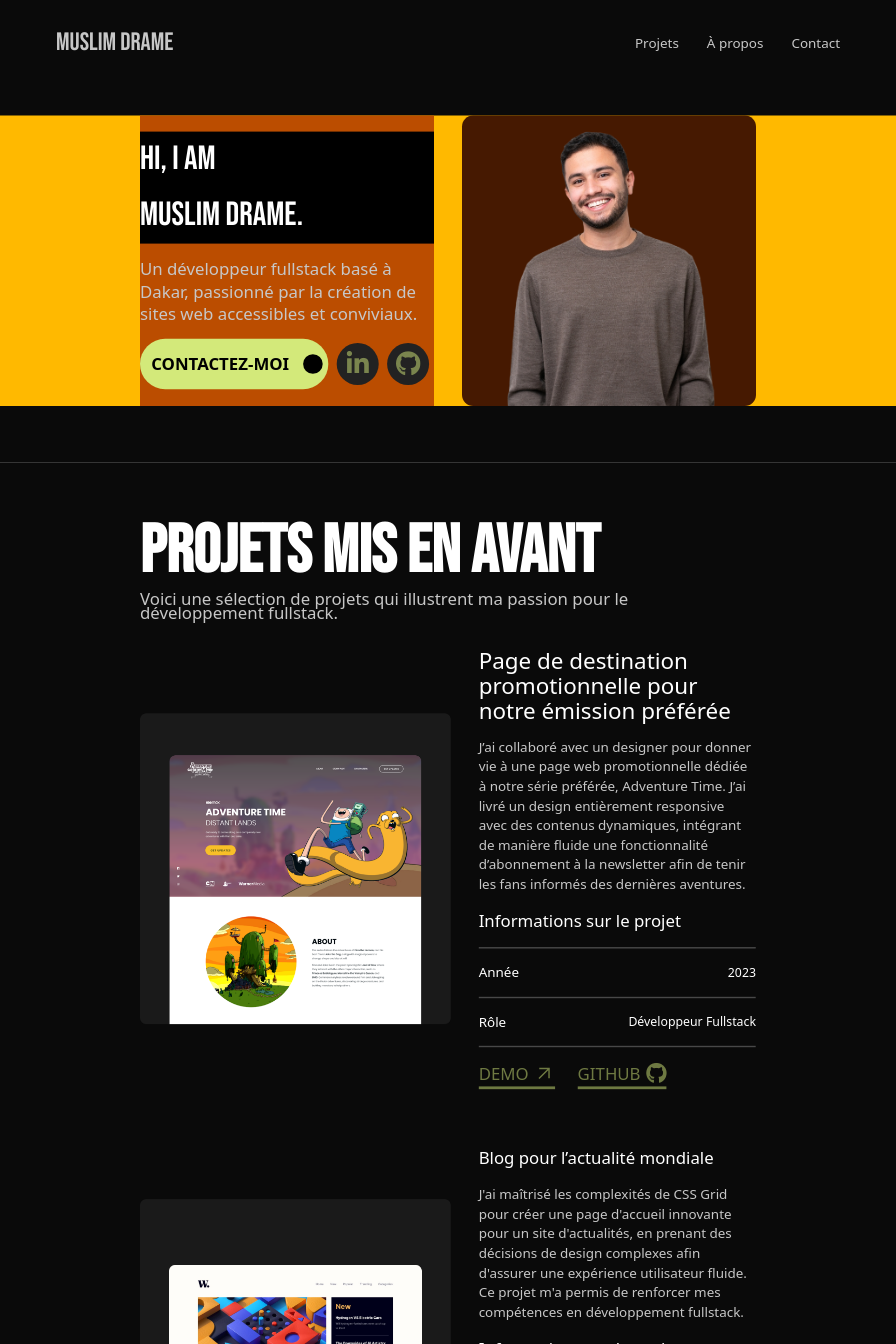
Repository: muslimdrame37-oss/Portfolio1
Page: src/index.html
An editor plug-in stored every save of this project. The page is shown before and after the next save, followed by the edit.
The browser window is 1280 px wide. The pictures show the part of the page from y = 0 to 1920 px (the page is 4468 px tall), at 70% of full size.
Some web fonts or font styles are not loaded; a fallback is used. Some web libraries are served in a nearby version.

Above is the page before, as saved 2026-02-11 20:45:10.

### src/index.html
<!doctype html>
<html lang="fr">
<head>
    <meta charset="UTF-8">
    <meta name="viewport" content="width=device-width, initial-scale=1.0">
    <meta name="description" content="Portfolio de Muslim Drame - Développeur Fullstack basé à Dakar">
    <title>Muslim Drame - Développeur Fullstack</title>

    <!-- Fonts -->
    <link rel="stylesheet" href="https://fonts.googleapis.com/css2?family=Bebas+Neue&display=swap">
    <link rel="stylesheet" href="https://fonts.googleapis.com/css2?family=Material+Symbols+Outlined:opsz,wght,FILL,GRAD@20..48,100..700,0..1,-50..200&icon_names=arrow_outward">

    <!-- Styles -->
    <link href="./output.css" rel="stylesheet">

    <!-- Icons -->
    <script src="https://kit.fontawesome.com/31ee52f68e.js" crossorigin="anonymous"></script>
</head>

<body class="bg-[#0A0A0A]">
    <!-- ========== HEADER ========== -->
    <header class="flex items-center justify-between py-4 px-5 lg:px-20">
        <h1 class="text-[#C7C7C7] text-[2rem] lg:text-4xl font-bebas">MUSLIM DRAME</h1>

        <!-- Navigation Desktop -->
        <nav class="hidden lg:flex justify-between py-8 text-[#C7C7C7] text-[1.2rem]" aria-label="Navigation principale">
            <ul class="flex gap-10">
                <li><a href="index.html" class="hover:text-[#D3E97A] transition-colors">Projets</a></li>
                <li><a href="a_propos.html" class="hover:text-[#D3E97A] transition-colors">À propos</a></li>
                <li><a href="#contact" class="hover:text-[#D3E97A] transition-colors">Contact</a></li>
            </ul>
        </nav>

        <!-- Menu Mobile -->
        <button class="lg:hidden" aria-label="Menu mobile">
            <svg xmlns="http://www.w3.org/2000/svg" height="40px" viewBox="0 -960 960 960" width="40px" fill="#484848">
                <path d="M120-680v-80h720v80H120Zm0 480v-80h720v80H120Zm0-240v-80h720v80H120Z"/>
            </svg>
        </button>
    </header>

    <!-- ========== MAIN CONTENT ========== -->
    <main>

        <!-- ========== SECTION HERO ========== -->
        <section class="px-5 mt-10 flex flex-col justify-between gap-10 lg:flex-row lg:px-50 bg-amber-400" aria-label="Section d'accueil">
            <!-- Contenu texte -->
            <div class="flex flex-col gap-5 justify-center lg:w-1/2 bg-amber-700">
                <h2 class="text-white text-[3rem] font-bebas lg:text-[5rem] lg:leading-20 leading-15 bg-black">HI, I AM <br> MUSLIM DRAME.</h2>
                <p class="text-1xl text-[#C7C7C7] lg:text-2xl">
                    Un développeur fullstack basé à Dakar, passionné par la création de sites web accessibles et conviviaux.
                </p>

                <!-- Boutons d'action -->
                <div class="flex gap-3 items-center">
                    <!-- Bouton Contact -->
                    <a href="#contact" class="bg-[#D3E97A] flex justify-between items-center pl-2 text-black font-bold text-[1rem] rounded-[100px] gap-1 lg:gap-3 py-2 lg:py-4 lg:text-[1.5rem] lg:pl-4 hover:bg-[#c5db6f] transition-colors">
                        CONTACTEZ-MOI
                        <span class="w-11 h-10 flex items-center justify-center">
                            <span class="bg-black w-4 h-4 rounded-full lg:w-7 lg:h-7"></span>
                        </span>
                    </a>

                    <!-- Réseaux sociaux -->
                    <a href="#" class="w-10 h-10 rounded-full bg-[#222222] flex justify-center items-center lg:w-15 lg:h-15 hover:bg-[#333333] transition-colors" aria-label="LinkedIn">
                        <i class="fa-brands fa-linkedin-in text-[#D3E97A] text-2xl lg:text-4xl animate-pulse"></i>
                    </a>
                    <a href="#" class="w-10 h-10 rounded-full bg-[#222222] flex justify-center items-center lg:w-15 lg:h-15 hover:bg-[#333333] transition-colors" aria-label="GitHub">
                        <i class="fa-brands fa-github text-2xl lg:text-4xl text-[#D3E97A] animate-pulse"></i>
                    </a>
                </div>
            </div>

            <!-- Image hero -->
            <div class="bg-[#C7C7C7] rounded-2xl  bg-amber-950 lg:w-1/2">
                <img src="image/image1.png" alt="Portrait de Muslim Drame" width="880" class="w-full h-auto">
            </div>
        </section>

        <!-- Séparateur -->
        <hr class="border-[#484848] border-t mt-20">

        <!-- ========== SECTION PROJETS ========== -->

        <section class="flex flex-col px-8 mt-20 lg:px-50">
            <div class="flex flex-col gap-2">
                <h2 class="text-4xl text-white font-extrabold font-bebas lg:text-8xl">PROJETS MIS EN AVANT</h2>
                <p class="text-2xl text-[#C7C7C7] leading-5">Voici une sélection de projets qui illustrent ma passion pour le développement fullstack.</p>
            </div>
            <div class="flex flex-col lg:flex-row gap-10 mt-10 lg:w-[1,224px] justify-center items-center">
                <div>
                    <img src="image/image2.png" alt="" class="w-4xl">
                </div>
                <!-- INFORMATION -->
                <!-- TITRE ET DESCCRIPTION -->
                <div class=" lg:w-200 flex flex-col gap-5 ">
                    <div class="flex flex-col gap-5">
                        <h2 class="text-white text-[2rem] leading-9">Page de destination promotionnelle pour notre émission préférée</h2>
                        <p class="text-[#C7C7C7] leading-7 text-[1.2rem]">J’ai collaboré avec un designer pour donner vie à une page web promotionnelle dédiée à notre série préférée, Adventure Time. J’ai livré un design entièrement responsive avec des contenus dynamiques, intégrant de manière fluide une fonctionnalité d’abonnement à la newsletter afin de tenir les fans informés des dernières aventures.</p>
                    </div>
                    <!-- INFORMATION SUR LE PROJET -->
                    <div class=" flex flex-col gap-5">
                        <h3 class="text-white text-[1.5rem]">Informations sur le projet</h3>
                        <div class="flex flex-col gap-5">
                            <div class="w-full border-[#484848] border"></div>

                            <div class="flex justify-between">
                                <p class="text-white text-[1.2rem]">Année</p>
                                <p class="text-white text-[1.1rem]">2023</p>
                            </div>

                            <div class="w-full border-[#484848] border"></div>

                            <div class="flex justify-between">
                                <p class="text-white text-[1.2rem]">Rôle</p>
                                <p class="text-white text-[1.1rem]">Développeur Fullstack</p>
                            </div>

                            <div class="w-full border-[#484848] border"></div>

                        </div>
                    </div>

                    <!-- LIEN DEMO & GITHUB -->

                    <div class="flex gap-8">
                        <a href="#">
                            <div class="animate-pulse">
                            <div class="flex items-center gap-2 ">
                                <p class="text-[#D3E97A] text-[1.5rem]">DEMO</p>
                                <svg xmlns="http://www.w3.org/2000/svg" height="30px" viewBox="0 -960 960 960" width="30px" fill="#D3E97A"><path d="M246.67-244 200-290.67l402.67-402.66H236V-760h480v480h-66.67v-366.67L246.67-244Z"/></svg>
                            </div>
                            <div class="w-full border-[#D3E97A] border-2"></div>
                        </div>
                        </a>
                        <a href="#">
                            <div class="animate-pulse">
                            <div class="flex items-center gap-2">
                                <p class="text-[#D3E97A] text-[1.5rem]">GITHUB</p>
                                <i class="fa-brands fa-github text-3xl text-[#D3E97A]"></i>
                            </div>
                            <div class="w-full border-[#D3E97A] border-2"></div>
                        </div>
                        </a>

                    </div>
                </div>
            </div>
        </section>

        <!-- PROJET 2 -->

        <section class="flex flex-col px-8 mt-20 gap-8 lg:gap-10 lg:flex-row lg:px-50 items-center">
            <div>
                <img src="image/image3.png" alt="" class="w-4xl">
            </div>
            <div class="lg:w-200 flex flex-col gap-5">
                <div class="flex flex-col gap-5">
                    <h2 class="text-white text-[1.5rem]">Blog pour l’actualité mondiale</h2>
                    <p class="text-[#C7C7C7] text-[1.2rem] leading-7">J'ai maîtrisé les complexités de CSS Grid pour créer une page d'accueil innovante pour un site d'actualités, en prenant des décisions de design complexes afin d'assurer une expérience utilisateur fluide. Ce projet m'a permis de renforcer mes compétences en développement fullstack.</p>
                </div>
                <div class="flex flex-col gap-8">
                    <div class="text-[1.5rem] text-white ">Informations sur le projet</div>
                    <div class="flex flex-col gap-4">
                        <div class="w-full border-[#484848] border "></div>
                        <div class="flex justify-between">
                            <p class="text-white text-[1.2rem]">Client</p>
                            <p class="text-[#C7C7C7] text-[1.1rem]">World News</p>
                        </div>
                        <div class="w-full border-[#484848] border "></div>
                        <div class="flex justify-between">
                            <p class="text-white text-[1.2rem]">Année</p>
                            <p class="text-[#C7C7C7] text-[1.1rem]">2022</p>
                        </div>
                        <div class="w-full border-[#484848] border "></div>
                        <div class="flex justify-between">
                            <p class="text-white text-[1.5rem]">Rôle</p>
                            <p class="text-[#C7C7C7] text-[1.5rem]">Développeur Fullstack</p>
                        </div>
                        <div class="w-full border-[#484848] border "></div>
                    </div>
                </div>
                <a href="#">
                    <div class="flex flex-col animate-pulse">
                    <div class="flex items-center gap-2">
                        <p class="text-[#D3E97A] text-[1.5rem]">DEMO</p>
                        <svg xmlns="http://www.w3.org/2000/svg" height="30px" viewBox="0 -960 960 960" width="30px" fill="#D3E97A"><path d="M246.67-244 200-290.67l402.67-402.66H236V-760h480v480h-66.67v-366.67L246.67-244Z"/></svg>
                    </div>
                    <div class="w-25 border-[#D3E97A] border-2"></div>
                </div>
                </a>
            </div>
        </section>

        <!-- PROJET 3 -->

        <section class="mt-20 flex flex-col px-8 gap-8 lg:gap-10 lg:flex-row lg:px-50 items-center">
            <img src="image/image3.png" alt="" class="w-full lg:w-1/2">
            <div class="w-full lg:w-1/2 flex flex-col gap-5">
                <div class="flex flex-col gap-5">
                    <h2 class="text-white text-[2rem]">Page produit pour site e-commerce</h2>
                    <p class="text-[#C7C7C7] text-[1.2rem] leading-8 ">J’ai conçu avec succès une page produit attrayante, intégrant une galerie dynamique en lightbox et un panier fonctionnel fluide, démontrant ma maîtrise du développement en JavaScript.</p>
                </div>
                <div class="flex flex-col gap-5">
                    <div class="text-[1.5rem] text-white lg:mt-5 ">Informations sur le projet</div>
                    <div class="flex flex-col gap-5">
                        <div class="w-full border-[#484848] border "></div>
                        <div class="flex justify-between">
                            <p class="text-white text-[1.2rem]">Année</p>
                            <p class="text-[#C7C7C7] text-[1.1rem]">2022</p>
                        </div>
                        <div class="w-full border-[#484848] border "></div>
                        <div class="flex justify-between">
                            <p class="text-white text-[1.2rem]">Rôle</p>
                            <p class="text-[#C7C7C7] text-[1.1rem]">Développeur Fullstack</p>
                        </div>
                        <div class="w-full border-[#484848] border "></div>
                    </div>
                </div>
                <!-- LIEN DÉMO & GITHUB -->
                <div class="flex gap-8 items-center">
                    <a href="#">
                        <div class="animate-pulse">
                        <div class="flex items-center gap-2">
                            <p class="text-[#D3E97A] text-[1.5rem]">DEMO</p>
                            <svg xmlns="http://www.w3.org/2000/svg" height="30px" viewBox="0 -960 960 960" width="30px" fill="#D3E97A"><path d="M246.67-244 200-290.67l402.67-402.66H236V-760h480v480h-66.67v-366.67L246.67-244Z"/></svg>
                    </div>
                    <div class="w-full border-[#D3E97A] border-2"></div>
                    </div>
                    </a>
                    <a href="#">
                        <div class="animate-pulse">
                        <div class="flex items-center gap-2">
                            <p class="text-[#D3E97A] text-[1.5rem]">GITHUB</p>
                            <i class="fa-brands fa-github text-3xl text-[#D3E97A]"></i>
                        </div>
                        <div class="w-full border-[#D3E97A] border-2"></div>
                    </div>
                    </a>
                </div>
            </div>
        </section>

        <!-- À PROPOS DE MOI -->
        <div class="w-full border-[#484848] border my-10"></div>

        <section class=" flex flex-col px-8 gap-5 lg:flex-row lg:gap-10 lg:px-50 justify-between">
            <div class="text-6xl text-white  lg:w-200 lg:text-[140px] font-bebas">À PROPOS DE MOI</div>
            <div class="lg:w-200">
                <div class="flex flex-col gap-10 ">
                    <p class="text-white text-[1.5rem] ">Je suis développeur Fullstack passionné basé à DAKAR, avec une formation en génie Informatique.</p>
                    <div class="text-[#484848] text-[1.2rem]">Je suis développeur fullstack basé à Dakar, à la recherche d’opportunités stimulantes. Avec une formation en génie informatique, je mets un point d’honneur à privilégier l’accessibilité lors du développement. Passionné et curieux, j’aime résoudre des problèmes complexes.
                    Actuellement, j’explore React.js, Laravel et m’initie également au design. En dehors du codage, j’apprécie jouer au football, la photographie et jouer à la carte. Je continue d’apprendre pour améliorer constamment mes compétences.</div>
                    <a href="a_propos.html" class="text-[#D3E97A] text-[1.5rem] underline underline-offset-8 hover:text-[#c5db6f] transition-colors">EN SAVOIR PLUS SUR MOI</a>
                </div>
            </div>
        </section>

        <hr class="border-[#484848] border-t my-10">

        <!-- ========== SECTION CONTACT ========== -->

        <section id="contact" class="flex flex-col px-8 mb-10 lg:px-50 lg:gap-10 lg:flex-row" aria-label="Formulaire de contact">
            <!-- Informations de contact -->
            <div class="flex flex-col gap-10 lg:w-200">
                <h2 class="lg:text-[100px] text-white font-bold text-4xl font-bebas">ENTRONS EN CONTACT</h2>
                <div class="flex flex-col gap-2">
                    <p class="text-[#C7C7C7] text-[1rem]">
                        Dites moi hello <a href="mailto:muslimdrame37@gmail.com" class="text-white hover:text-[#D3E97A] transition-colors">muslimdrame37@gmail.com</a>
                    </p>
                    <p class="text-white text-[1rem]">Pour en savoir plus sur moi, jetez un coup d'œil à mon <a href="#" class="text-[#D3E97A] underline underline-offset-5 hover:text-[#c5db6f] transition-colors">CV</a></p>
                </div>
                <!-- Réseaux sociaux -->
                <nav class="flex gap-5" aria-label="Réseaux sociaux">
                    <a href="#" aria-label="LinkedIn" class="hover:scale-110 transition-transform">
                        <i class="fa-brands fa-linkedin-in text-[#D3E97A] text-4xl animate-pulse"></i>
                    </a>
                    <a href="#" aria-label="GitHub" class="hover:scale-110 transition-transform">
                        <i class="fa-brands fa-github text-[#D3E97A] text-4xl animate-pulse"></i>
                    </a>
                    <a href="#" aria-label="Twitter" class="hover:scale-110 transition-transform">
                        <i class="fa-brands fa-x-twitter text-[#D3E97A] text-4xl animate-pulse"></i>
                    </a>
                    <a href="#" aria-label="Instagram" class="hover:scale-110 transition-transform">
                        <i class="fa-brands fa-instagram text-[#D3E97A] text-4xl animate-pulse"></i>
                    </a>
                </nav>
            </div>


            <form action="" method="POST" class="flex flex-col gap-5 mt-10 lg:mt-0 w-full lg:w-200">
                <div class="flex flex-col gap-3">
                    <label for="name" class="text-[#C7C7C7] text-[1.5rem]">Nom complet</label>
                    <input class="text-[#C7C7C7] bg-[#1A1A1A] px-6 py-2 rounded-lg text-[1.5rem] focus:outline-none focus:ring-2 focus:ring-[#D3E97A] transition-all" type="text" name="name" placeholder="Muslim" id="name" required>
                </div>
                <div class="flex flex-col gap-3">
                    <label for="email" class="text-[#C7C7C7] text-[1.5rem]">Email</label>
                    <input class="text-[#C7C7C7] bg-[#1A1A1A] px-6 py-2 rounded-lg text-[1.5rem] focus:outline-none focus:ring-2 focus:ring-[#D3E97A] transition-all" type="email" name="email" placeholder="votre@email.com" id="email" required>
                </div>
                <div class="flex flex-col gap-3">
                    <label for="sujet" class="text-[#C7C7C7] text-[1.5rem]">Sujet</label>
                    <input class="text-[#C7C7C7] bg-[#1A1A1A] px-6 py-2 rounded-lg text-[1.5rem] focus:outline-none focus:ring-2 focus:ring-[#D3E97A] transition-all" type="text" name="sujet" placeholder="Sujet de votre message" id="sujet" required>
                </div>
                <div class="flex flex-col gap-3">
                    <label for="message" class="text-[#C7C7C7] text-[1.5rem]">Message</label>
                    <textarea name="message" id="message" rows="6" placeholder="Votre message..." class="text-[#C7C7C7] bg-[#1A1A1A] px-6 py-2 rounded-lg text-[1.5rem] resize-none focus:outline-none focus:ring-2 focus:ring-[#D3E97A] transition-all" required></textarea>
                </div>
                <button type="submit" class="text-black bg-[#D3E97A] py-2 lg:py-4 text-[1rem] font-bold rounded-[100px] w-35 hover:bg-[#c5db6f] transition-colors cursor-pointer">Envoyer</button>
            </form>
        </section>
    </main>

    <!-- ========== FOOTER ========== -->
    <footer class="w-full pb-6">
        <div class="mx-auto flex flex-col lg:flex-row gap-2 lg:gap-8 items-center justify-between border border-white/10 bg-[#1A1A1A] px-6 py-4 text-sm text-[#C7C7C7] backdrop-blur-md">
            <!-- Copyright -->
            <p>© 2026 Muslim Drame. Tous droits réservés.</p>

            <!-- Réseaux sociaux -->
            <nav class="flex items-center gap-2 text-2xl" aria-label="Réseaux sociaux footer">
                <a href="#" class="hover:text-white transition-colors" aria-label="Facebook">
                    <i class="fa-brands fa-facebook"></i>
                </a>
                <a href="#" class="hover:text-white transition-colors" aria-label="Instagram">
                    <i class="fa-brands fa-instagram"></i>
                </a>
                <a href="#" class="hover:text-white transition-colors" aria-label="Twitter">
                    <i class="fa-brands fa-x-twitter"></i>
                </a>
                <a href="#" class="hover:text-white transition-colors" aria-label="GitHub">
                    <i class="fa-brands fa-github"></i>
                </a>
                <a href="#" class="hover:text-white transition-colors" aria-label="YouTube">
                    <i class="fa-brands fa-youtube"></i>
                </a>
            </nav>
        </div>
    </footer>

</body>
</html>

Loaded but not shown: src/output.css (2245 lines, source omitted)

After the next save:
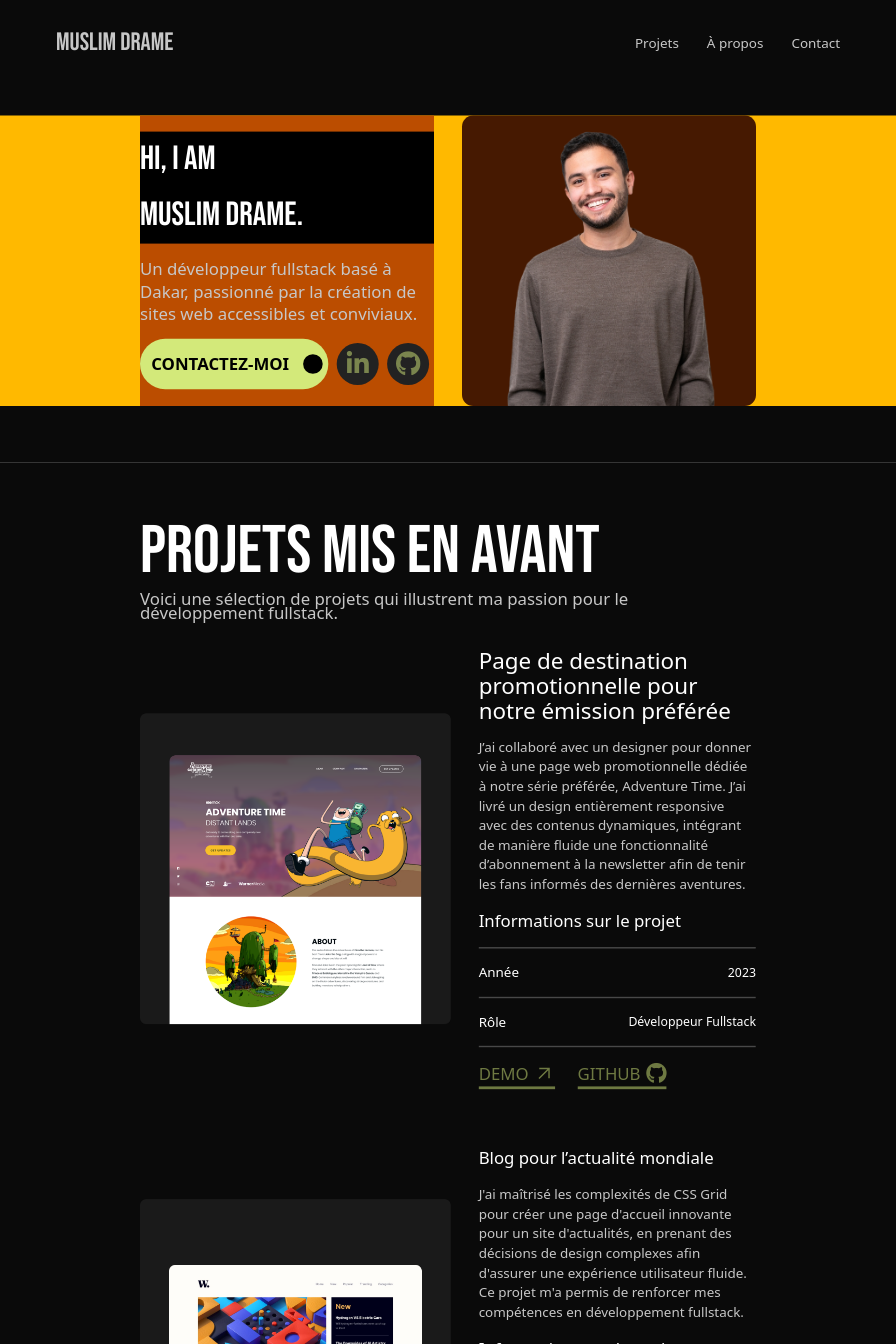
Saved 2 min 22 s later.
--- a/src/index.html
+++ b/src/index.html
@@ -84,7 +84,7 @@
 
         <section class="flex flex-col px-8 mt-20 lg:px-50">
             <div class="flex flex-col gap-2">
-                <h2 class="text-4xl text-white font-extrabold font-bebas lg:text-8xl">PROJETS MIS EN AVANT</h2>
+                <h2 class="text-4xl text-white font-bebas lg:text-8xl">PROJETS MIS EN AVANT</h2>
                 <p class="text-2xl text-[#C7C7C7] leading-5">Voici une sélection de projets qui illustrent ma passion pour le développement fullstack.</p>
             </div>
             <div class="flex flex-col lg:flex-row gap-10 mt-10 lg:w-[1,224px] justify-center items-center">
